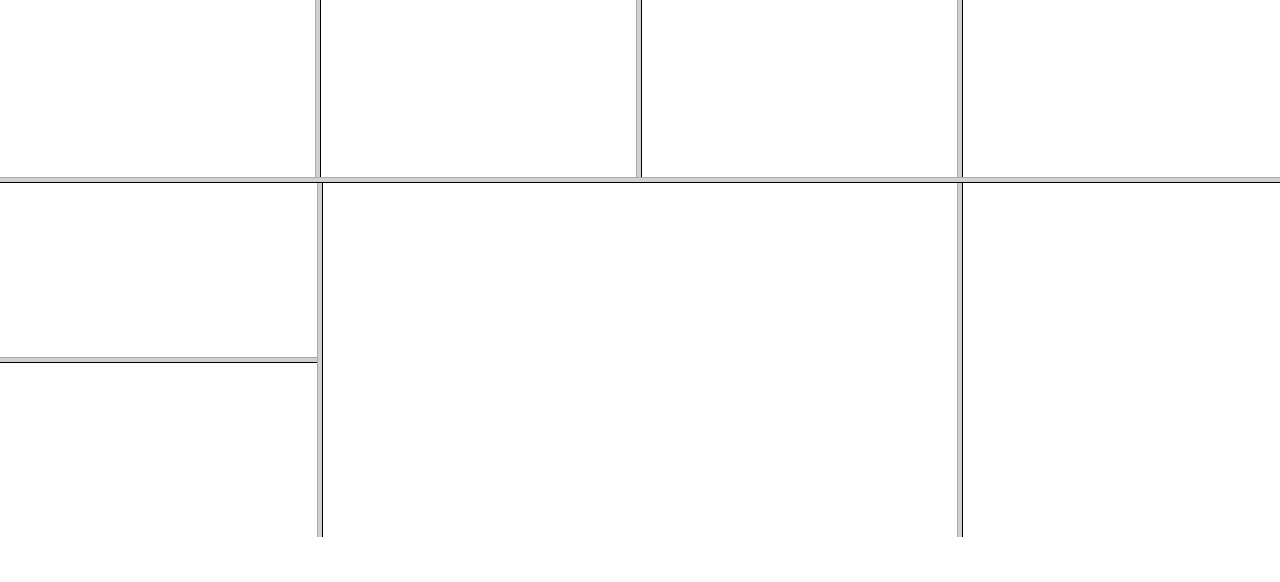
Repository: paul2oh/hellowjava
Page: workspace/javastart_svn/src/javastart/WebContent/clientPrg/a01_html/a05_test1.html
The author's editor kept a copy of each file at every save. The page is drawn from the files as they stood at one save, then again after the next save.
The browser window is 1280 px wide. The pictures show the whole page.

Above is the page before, as saved 2017-01-03 10:16:14.

After the next save:
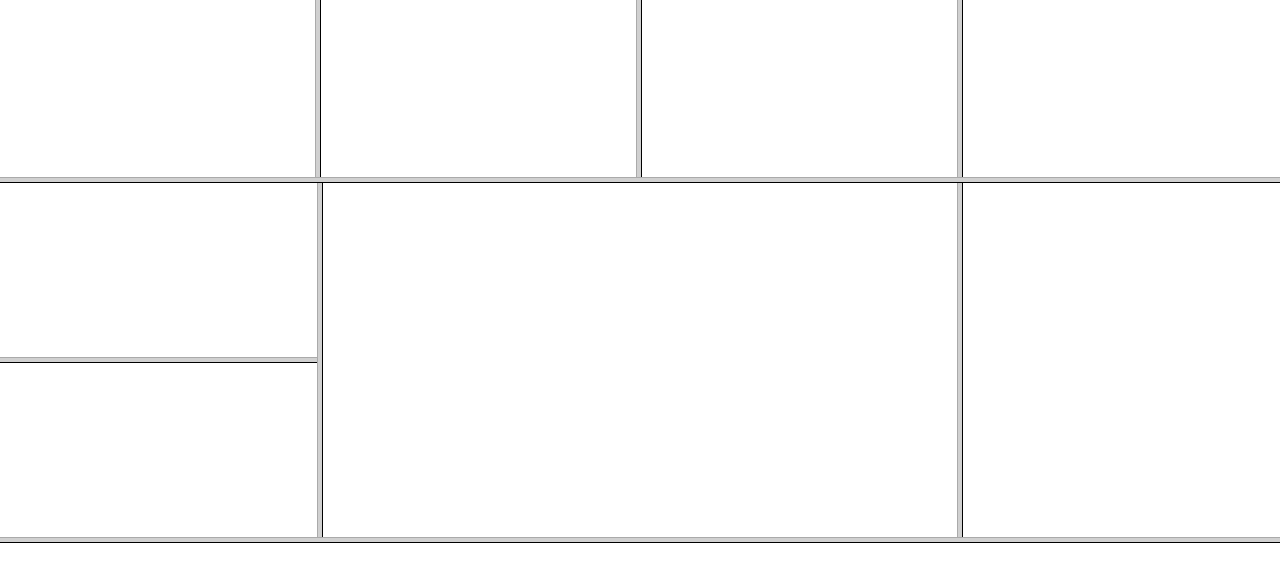
Saved 17 s later.
--- a/workspace/javastart_svn/src/javastart/WebContent/clientPrg/a01_html/a05_test1.html
+++ b/workspace/javastart_svn/src/javastart/WebContent/clientPrg/a01_html/a05_test1.html
@@ -56,6 +56,9 @@
 	<frameset rows="50%,50%">
 	<frame />
 	<frame />
+	</frameset >
+	<frame />
+	<frame />
 	</frameset>
 	<frame />
 
